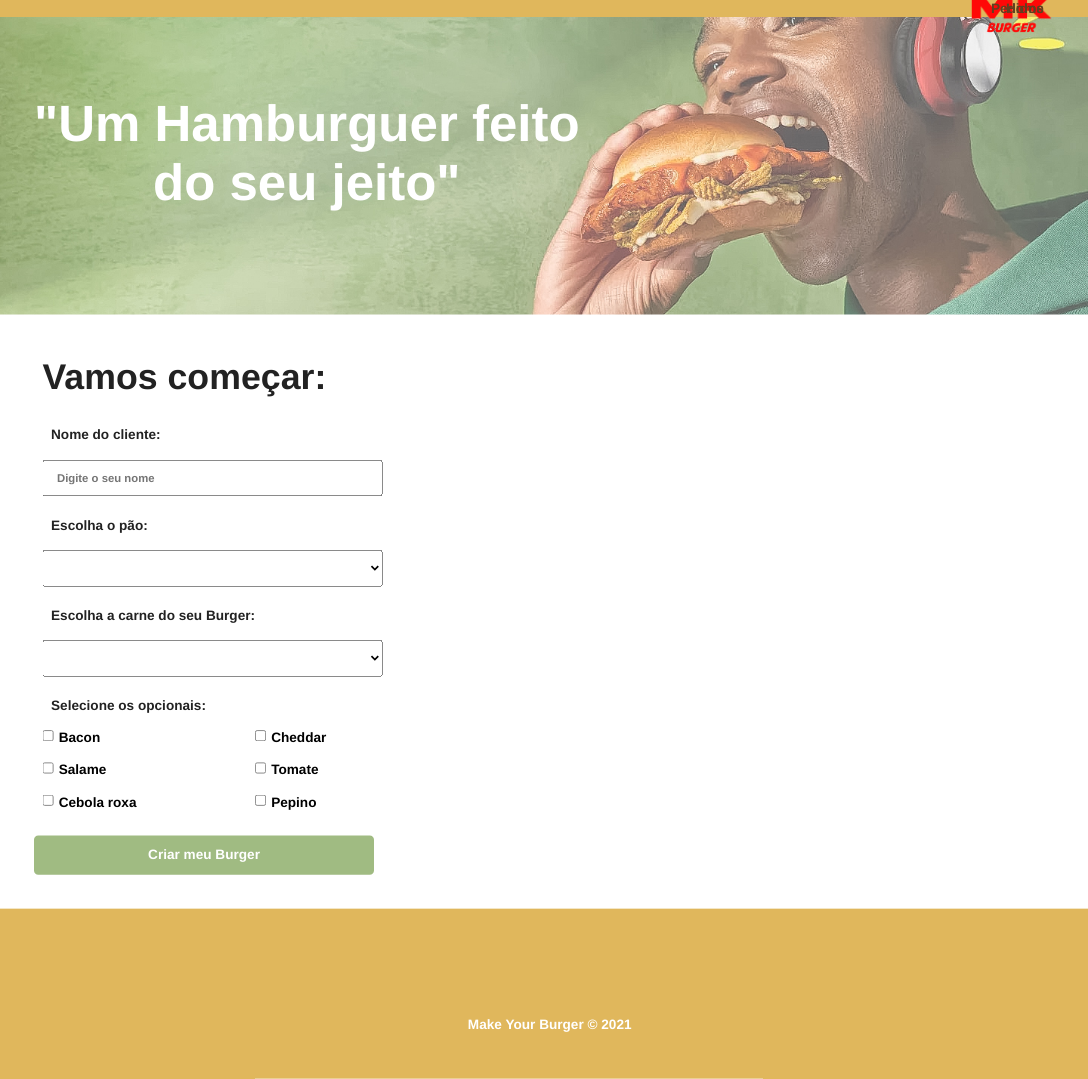
Repository: MarcoantonioCaldeira/Sistema-para-Hamburgueria
Page: /
The author's editor kept a copy of each file at every save. The page is drawn from the files as they stood at one save, then again after the next save.
The browser window is 1280 px wide. The pictures show the whole page, at 85% of full size.
The project was rebuilt for these pictures with package versions that can differ from the ones it lists, and the page was loaded fresh each time. Requests to the local data server were answered from the project's data file. Also part of the build but not shown: vue.config.js.

Above is the page before, as saved 2022-11-02 22:28:54.

### src/App.vue
<template>
  <div>
    <Navbar :logo="logo_src" :alt="app_name"/>
    <div>
      <router-view></router-view>
    </div>
    <Footer />
  </div>
</template>

<script>
 import Navbar from './components/Navbar.vue';
 import Footer from './components/Footer.vue';

export default {
  data: function() {
    return{
      logo_src: "/img/logo.png",
      app_name: "Make Your Burger"
    }
  },
  components: {
    Navbar,
    Footer
  }
}
</script>

<style>
  * {
    font-family: Helvetica;
    font-weight: bold;
    padding: 0;
    margin: 0;
    box-sizing: border-box;
  }
  .main-container {
    margin: 50px;
    min-height: 250px;
  }
  h1 {
    font-size: 42px;
    margin-bottom: 30px;
    color: #222;
  }
</style>

### src/router/index.js
import { createRouter, createWebHistory } from 'vue-router'
import HomeView from '../views/Home.vue'

const routes = [
  {
    path: '/',
    name: 'home',
    component: HomeView
  },
  {
    path: '/pedidos',
    name: 'Pedidos',
    component: () => import(/* webpackChunkName: "pedidos" */ '../views/Pedidos.vue')
  }
]

const router = createRouter({
  history: createWebHistory(process.env.BASE_URL),
  routes
})

export default router

### src/components/Navbar.vue
<template>
    <div id="nav">
        <router-link to="/" id="logo-url">
            <img :src="logo" :alt="alt" id="logo">
        </router-link>
        <router-link to="/">Home</router-link>
        <router-link to="/pedidos">Pedidos</router-link>
    </div>
</template>

    <script>
    export default {
     name: 'Navbar',
     props: ["logo", "alt"]
    }
    </script>

    <style>
    #nav{
        background-color: rgb(224, 183, 92);
        padding: 10px 40px;
        display: flex;
        justify-content: flex-end;
        align-items: center;
      }

      #nav #logo-url{
        margin: auto;
        margin-left: 0;
      }

      #logo{
        width: 100px;
        height: 100px;
      }

      #nav a{
        color: #604020;
        font-siza: 160px;
        text-decoration:none;
        margin:12px;
        transition: .5s;
      }

      #nav a:hover{
        color:#fff;
      }
    </style>

### src/components/Footer/Footer.vue
<template>
    <div id="footer">
      <p>Make Your Burger &copy; 2021</p>
      <div id="Footer-info">
        <a>Quem somos</a>
        <a>Nossos Termos</a>
        <a>Entre em contato conosco</a>
      </div>
    </div>
  </template>

  <script>
  export default {
    name: "Footer"
  }
  </script>

  <style src="./style.scss"  lang="scss">

  </style>

### src/views/Home.vue
<template>
  <Banner />
  <div class="main-container">
    <h1>Vamos começar:</h1>
    <BurgerForm />
  </div>
</template>

<script>
import Banner from "../components/Banner.vue"
import BurgerForm from "../components/BurgerForm.vue"

export default{
  name: "Home",
  components: {
    Banner,
    BurgerForm
  }
}
</script>

### src/components/Footer/style.scss

p{
    position:absolute;
    margin-left: 43%;
    margin-top: 10%;
    display: inline;
  }

  a{
    position: absolute;
    margin-top: 10%;
    margin: 0 10px;
  }

  #Footer-info{
    height: 40px;
    margin-left: -53%;
  }

  #footer {
    height: 200px;
    background-color: rgb(224, 183, 92);
    color: #ffffff;
    bottom: 0;
    width: 100%;
  }

### src/components/Banner.vue
<template>
   <div id="main-banner">
    <h1>"Um Hamburguer feito <br> do seu jeito"</h1>
   </div>
</template>
<script>

export default{
    name: 'Banner'
}

</script>
<style>

#main-banner{
    background-image: url('/public/img/burger.jpg');
    background-position: 0 -250px;
    background-size: cover;
    height: 350px;
    display: flex;
    align-items: center;
    justify-content: flex-start;
}

#main-banner h1{
    color: #fff;
    text-align: center;
    font-size: 60px;
    padding: 20px 40px;
}
</style>

### src/components/BurgerForm.vue
<template>
    <Message :msg="msg" v-show="msg" />
    <div>
      <form id="burger-form" method="POST" @submit="createBurger">
        <div class="input-container">
          <label for="nome">Nome do cliente:</label>
          <input type="text" id="nome" name="nome" v-model="nome" placeholder="Digite o seu nome" required>
        </div>
        <div class="input-container">
          <label for="pao">Escolha o pão:</label>
          <select name="pao" id="pao" v-model="pao">
            <option value="">Selecione o seu pão</option>
            <option v-for="pao in paes" :key="pao.id" value="pao.tipo">{{ pao.tipo }}</option>
          </select>
        </div>
        <div class="input-container">
          <label for="carne">Escolha a carne do seu Burger:</label>
          <select name="carne" id="carne" v-model="carne">
            <option value="">Selecione o tipo de carne</option>
            <option v-for="carne in carnes" :key="carne.id" value="carne.tipo">{{ carne.tipo }}</option>
          </select>
        </div>
        <div id="opcionais-container" class="input-container">
          <label id="opcionais-title" for="opcionais">Selecione os opcionais:</label>
          <div class="checkbox-container" v-for="opcional in opcionaisdata" :key="opcional.id">
            <input type="checkbox" name="opcionais" v-model="opcionais" :value="opcional.tipo">
            <span>{{ opcional.tipo }}</span>
          </div>
        </div>
        <div class="input-container">
          <input class="submit-btn" type="submit" value="Criar meu Burger">
        </div>
      </form>
    </div>
  </template>

  <script>
  import Message from './Message'
  export default {
    name: "BurgerForm",
    data() {
      return {
        paes: null,
        carnes: null,
        opcionaisdata: null,
        nome: null,
        pao: null,
        carne: null,
        opcionais: [],
        status: "Solicitado",
        msg: null
      }
    },
    methods: {
      async getIngredientes() {
        const req = await fetch('http://localhost:3000/ingredientes');
        const data = await req.json();

        this.paes = data.paes;
        this.carnes = data.carnes;
        this.opcionaisdata = data.opcionais;
      },
      async createBurger(e) {

        e.preventDefault();

        const data = {
          nome: this.nome,
          carne: this.carne,
          pao: this.pao,
          opcionais: Array.from(this.opcionais),
          status: "Solicitado"
        }

        const dataJson = JSON.stringify(data);

        const req = await fetch('http://localhost:3000/burgers', {
          method: "POST",
          headers: { "Content-Type" : "application/json" },
          body: dataJson
        });
        const res = await req.json()
        console.log(res)
        this.msg = "Pedido realizado com sucesso!"
        // clear message
        setTimeout(() => this.msg = "", 3000)
        // limpar campos
        this.nome = ""
        this.carne = ""
        this.pao = ""
        this.opcionais = []

      }
    },
    mounted () {
      this.getIngredientes()
    },
    components: {
      Message
    }
  }
  </script>

  <style scoped>
  #burger-form {
    max-width: 500px;
  }
  .input-container {
    display: flex;
    flex-direction: column;
    margin-bottom: 20px;
  }
  label {
    font-weight: bold;
    margin-bottom: 15px;
    color: #222;;
    padding: 5px 10px;
  }
  input, select {
    padding: 12px 15px;
    width: 400px;
  }
  #opcionais-container {
    flex-direction: row;
    flex-wrap: wrap;
  }
  #opcionais-title {
    width: 100%;
  }
  .checkbox-container {
    display: flex;
    align-items: flex-start;
    width: 50%;
    margin-bottom: 20px;
  }
  .checkbox-container span,
  .checkbox-container input {
    width: auto;
  }
  .checkbox-container span {
    margin-left: 6px;
    font-weight: bold;
  }
  .submit-btn {
    background-color:#a0bb82;
    border-radius: 5px;
    color:white;
    font-weight: bold;
    border: 2px solid #a0bb82;
    padding: 15 15px;
    font-size: 16px;
    margin: -2%;
    cursor: pointer;
    transition: .5s;
  }
  .submit-btn:hover {
    background-color: transparent;
    color: #222;
  }
</style>

### src/components/Message.vue
<template>
    <div class="message-container">
        <p>{{ msg }}</p>
    </div>
</template>

<script>
export default {
    name: "Message",
    props: {
        msg: String
    }
}
</script>

<style>

.message-container{
    color: #004085;
    background-color: #deeeff;
    border: 2px solid #deeeff;
    border-radius: 5px;
    padding: 10px;
    max-width: 400px;
    margin: 30px auto;
}
</style>

### db/db.json
{
  "ingredientes": {
    "paes": [
      {
        "id": 1,
        "tipo": "Italiano Branco"
      },
      {
        "id": 2,
        "tipo": "3 Queijos"
      },
      {
        "id": 3,
        "tipo": "Parmesão e Orégano"
      },
      {
        "id": 4,
        "tipo": "Integral"
      }
    ],
    "carnes": [
      {
        "id": 1,
        "tipo": "Maminha"
      },
      {
        "id": 2,
        "tipo": "Alcatra"
      },
      {
        "id": 3,
        "tipo": "Picanha"
      },
      {
        "id": 4,
        "tipo": "Veggie burger"
      }
    ],
    "molhos-opcionais": [
      {
        "id": 1,
        "tipo": "Tomate"
      },
      {
        "id": 2,
        "tipo": "Creme de Alho"
      },
      {
        "id": 3,
        "tipo": "Vinagre com tomate"
      },
      {
        "id": 4,
        "tipo": "Pimenta mexicana"
      }
    ],
    "opcionais": [
      {
        "id": 1,
        "tipo": "Bacon"
      },
      {
        "id": 2,
        "tipo": "Cheddar"
      },
      {
        "id": 3,
        "tipo": "Salame"
      },
      {
        "id": 4,
        "tipo": "Tomate"
      },
      {
        "id": 4,
        "tipo": "Cebola roxa"
      },
      {
        "id": 4,
        "tipo": "Pepino"
      }
    ]
  },
  "status": [
    {
      "id": 1,
      "tipo": "Solicitado"
    },
    {
      "id": 2,
      "tipo": "Em produção"
    },
    {
      "id": 3,
      "tipo": "Finalizado"
    }
  ],
  "burgers": [
    {
      "nome": "Marco ",
      "carne": "carne.tipo",
      "pao": "pao.tipo",
      "opcionais": [
        "Tomate",
        "Bacon",
        "Salame"
      ],
      "status": "Solicitado",
      "id": 1
    }
  ]
}

Loaded but not shown: public/index.html (common file); src/main.js (common file)

After the next save:
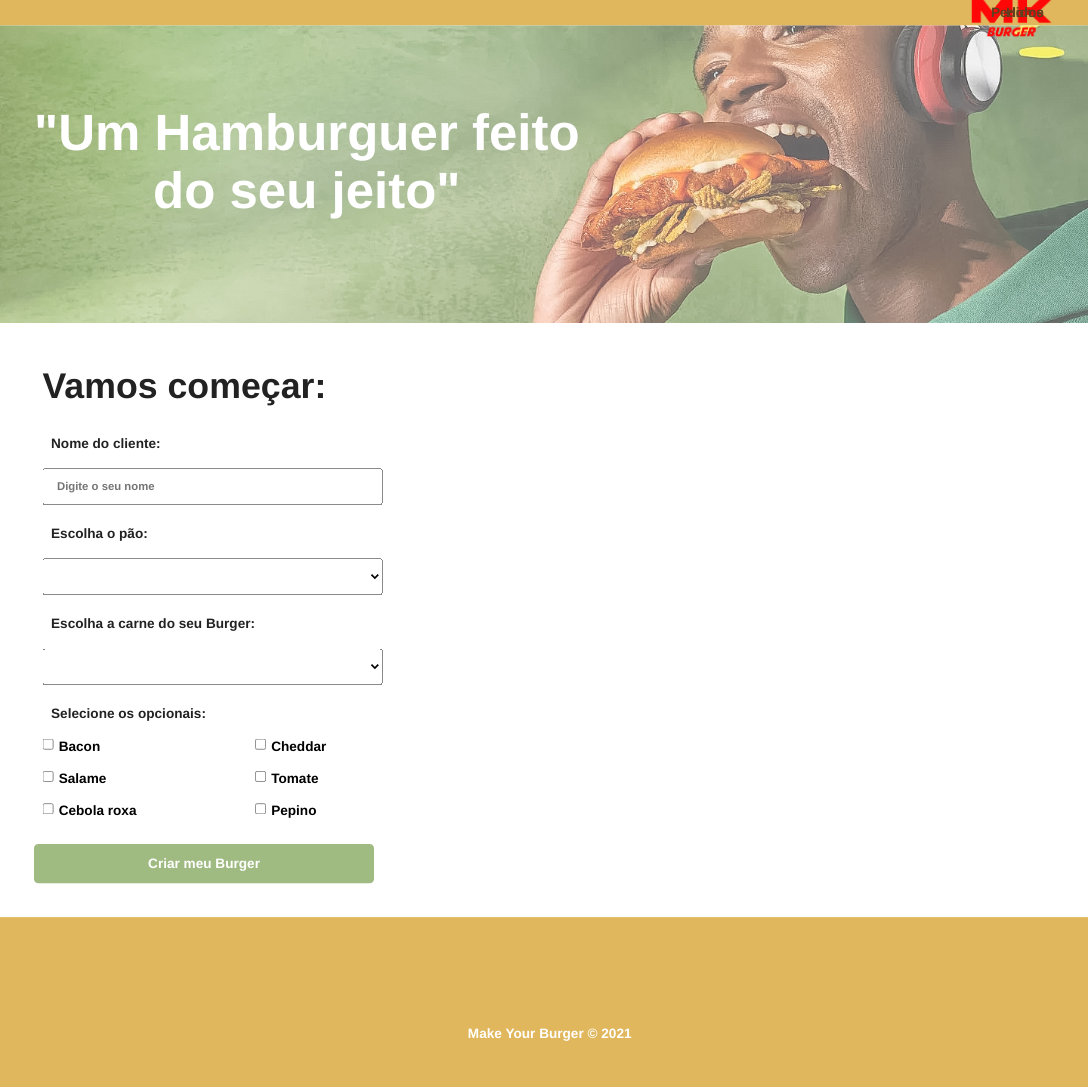
Saved 4 s later.
--- a/src/components/Navbar.vue
+++ b/src/components/Navbar.vue
@@ -18,7 +18,7 @@
     <style>
     #nav{
         background-color: rgb(224, 183, 92);
-        padding: 10px 40px;
+        padding: 15px 40px;
         display: flex;
         justify-content: flex-end;
         align-items: center;
